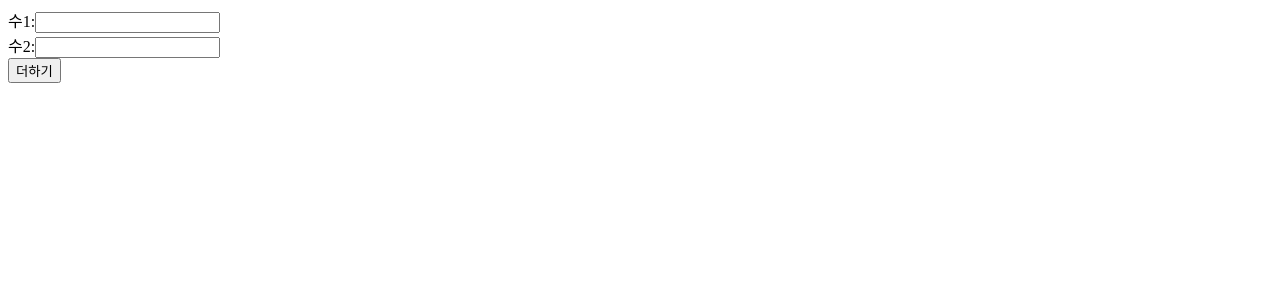
Repository: MegiLove/JavascriptStudy
Page: http://localhost/day1230/calcTest.jsp
These files come from the project's save history. The page is drawn as it stood at one moment and after the next save; the edit follows.
The browser window is 1280 px wide. The pictures show the whole page.
The page is served by Tomcat 9.

Above is the page before, as saved 2021-12-30 08:13:03.

### day1230/src/main/webapp/calcTest.jsp
<%@ page language="java" contentType="text/html; charset=UTF-8"
    pageEncoding="UTF-8"%>
<!DOCTYPE html>
<html>
<head>
<meta charset="UTF-8">
<title>Insert title here</title>
<script type="text/javascript">
	function calcAdd(){
		a=document.getElementById("num1").value;
		b=document.getElementById("num2").value;
		result= Number(a)+Number(b);
		document.getElementById("add").innerHTML=result;
	}
</script>
</head>
<body>
	수1:<input type="text" id="num1"><br>
	수2:<input type="text" id="num2"><br>
	<button onclick="calcAdd()">더하기</button><span id="add"></span>
</body>
</html>

After the next save:
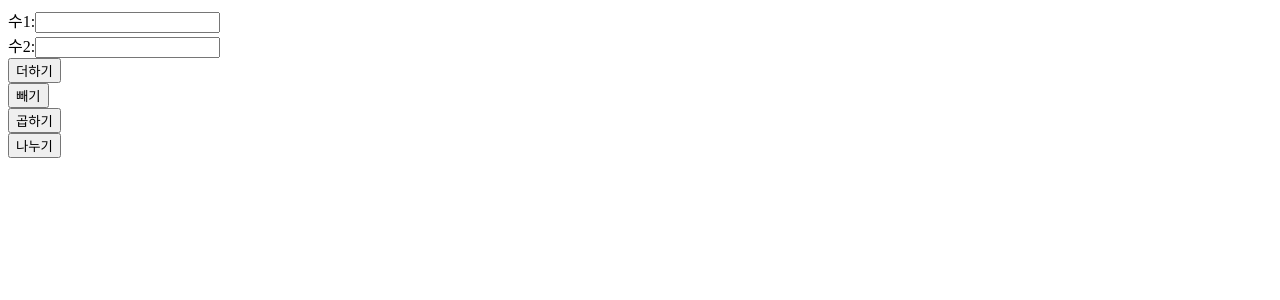
Saved 59 s later.
--- a/day1230/src/main/webapp/calcTest.jsp
+++ b/day1230/src/main/webapp/calcTest.jsp
@@ -17,6 +17,9 @@
 <body>
 	수1:<input type="text" id="num1"><br>
 	수2:<input type="text" id="num2"><br>
-	<button onclick="calcAdd()">더하기</button><span id="add"></span>
+	<button onclick="calcAdd()">더하기</button><span id="add"></span><br>
+	<button onclick="calcAdd()">빼기</button><span id="add"></span><br>
+	<button onclick="calcAdd()">곱하기</button><span id="add"></span><br>
+	<button onclick="calcAdd()">나누기</button><span id="add"></span><br>
 </body>
 </html>
